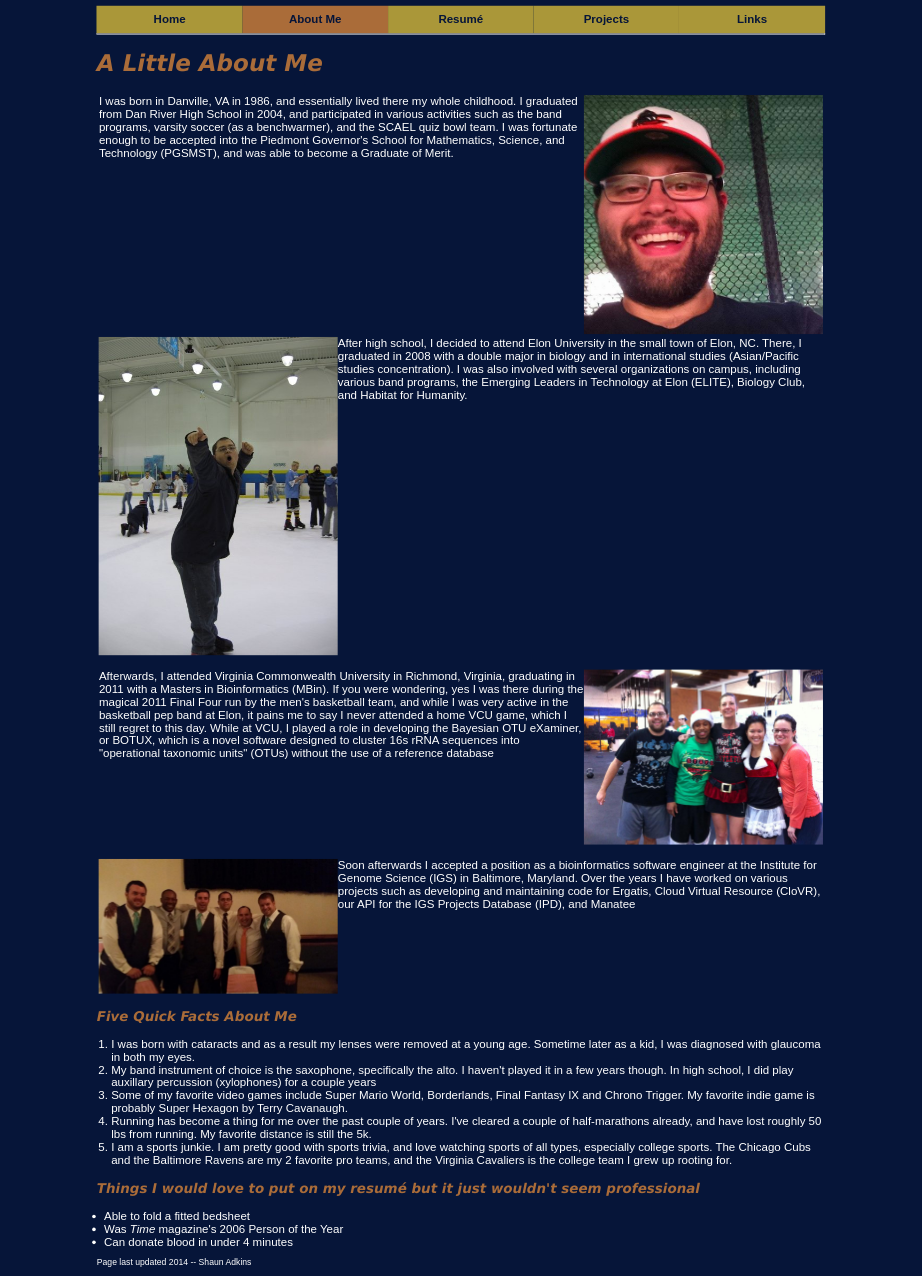
Repository: adkinsrs/sadkins_site
Page: html/about.html
The author's editor kept a record of every edit. The page is drawn from the files as they stood at one moment, then again after the next edit.
The browser window is 1280 px wide. The pictures show the whole page, at 72% of full size.

Above is the page before.

After the next edit:
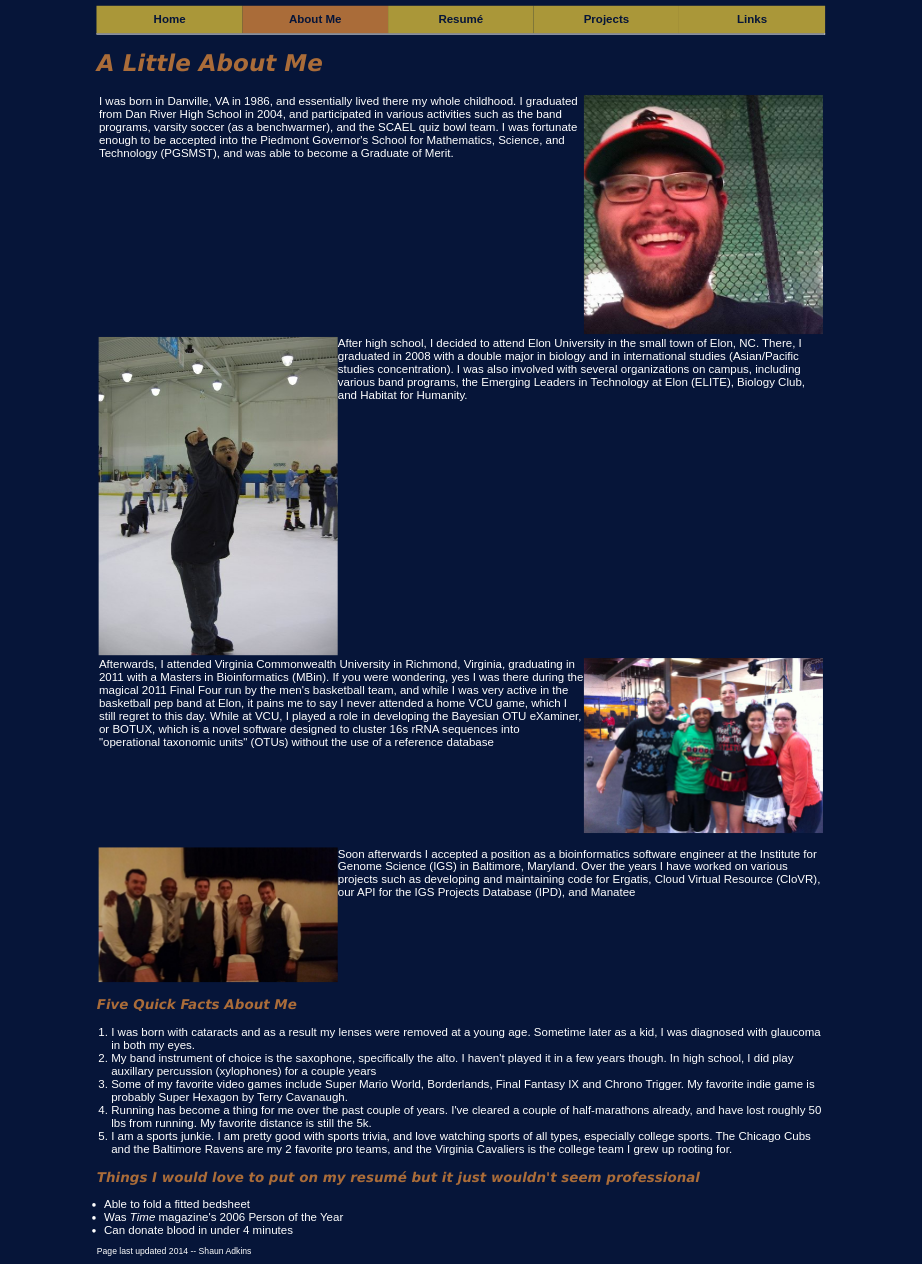
The edit:
--- a/html/about.html
+++ b/html/about.html
@@ -36,10 +36,8 @@
                         After high school, I decided to attend Elon University in the small town of Elon, NC.  There, I graduated in 2008 with a double major in biology and in international studies (Asian/Pacific studies concentration).  I was also involved with several organizations on campus, including various band programs, the Emerging Leaders in Technology at Elon (ELITE), Biology Club, and Habitat for Humanity.
                     </td></tr>
                     <tr><td>
-                        <p>
-                            <img class="img_right" src="../images/crossfit.jpg" alt="Tough Christmas-themed Crossfit workout...never again!">
-                            Afterwards, I attended Virginia Commonwealth University in Richmond, Virginia, graduating in 2011 with a Masters in Bioinformatics (MBin).  If you were wondering, yes I was there during the magical 2011 Final Four run by the men's basketball team, and while I was very active in the basketball pep band at Elon, it pains me to say I never attended a home VCU game, which I still regret to this day.  While at VCU, I played a role in developing the Bayesian OTU eXaminer, or BOTUX, which is a novel software designed to cluster 16s rRNA sequences into "operational taxonomic units" (OTUs) without the use of a reference database
-                        </p>
+                        <img class="img_right" src="../images/crossfit.jpg" alt="Tough Christmas-themed Crossfit workout...never again!">
+                        Afterwards, I attended Virginia Commonwealth University in Richmond, Virginia, graduating in 2011 with a Masters in Bioinformatics (MBin).  If you were wondering, yes I was there during the magical 2011 Final Four run by the men's basketball team, and while I was very active in the basketball pep band at Elon, it pains me to say I never attended a home VCU game, which I still regret to this day.  While at VCU, I played a role in developing the Bayesian OTU eXaminer, or BOTUX, which is a novel software designed to cluster 16s rRNA sequences into "operational taxonomic units" (OTUs) without the use of a reference database
                     </td></tr>
                     <tr><td>
                         <p>
